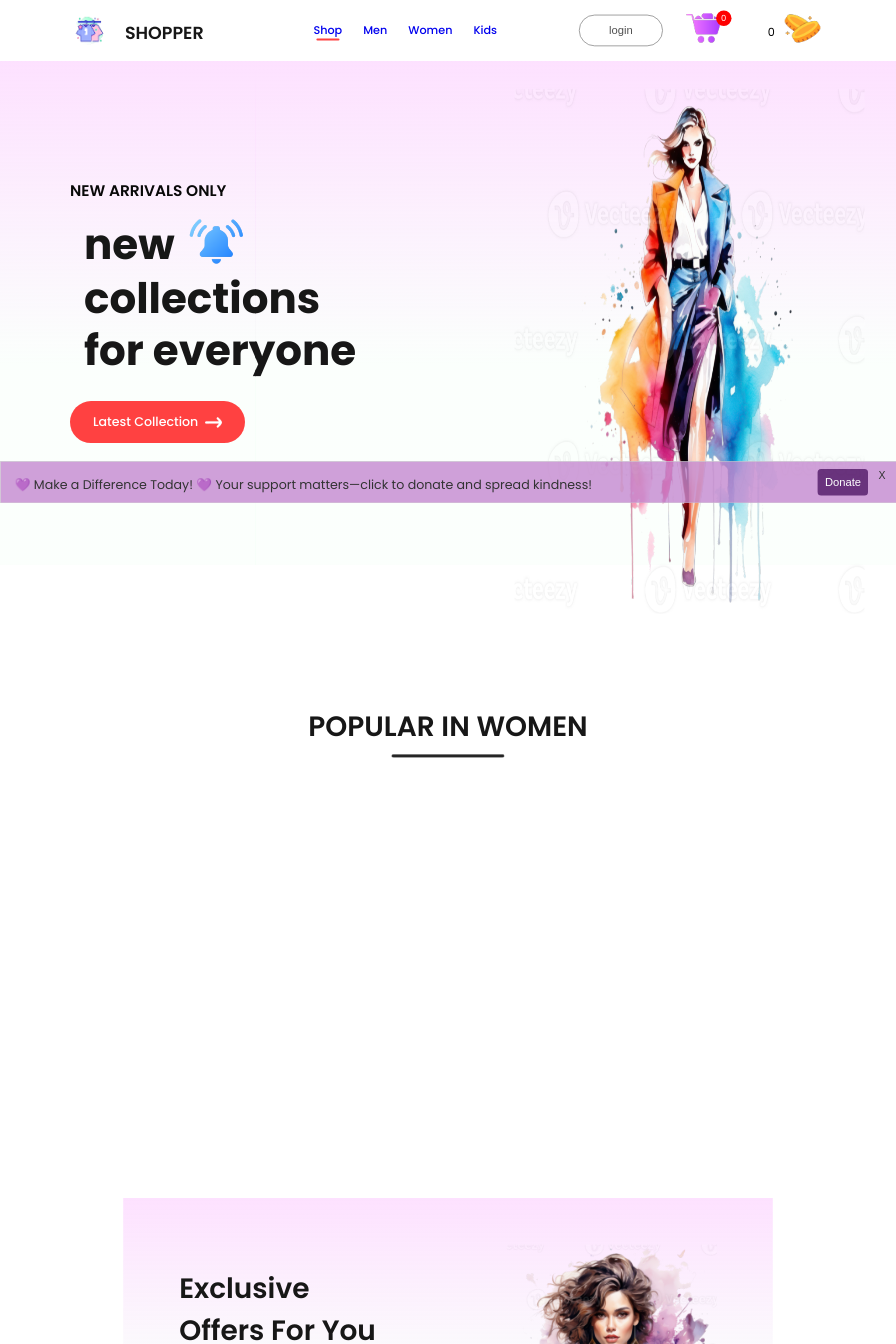
Repository: PayalJakhar/Shoppers-E-commerce-Website
Page: / (app in frontend/)
An editor plug-in stored every save of this project. The page is shown before and after the next save, followed by the edit.
The browser window is 1280 px wide. The pictures show the part of the page from y = 0 to 1920 px (the page is 3692 px tall), at 70% of full size.
The page's requests for data from a server got no answer. The project was rebuilt for these pictures with package versions that can differ from the ones it lists, and the page was loaded fresh each time. No one was signed in, and anything a server would have sent is missing. Also part of the build but not shown: frontend/src/App.css, frontend/src/Components/Item/Item.css, frontend/src/Components/Item/Item.jsx, frontend/src/Pages/Css/ShopCategory.css, frontend/src/Pages/ShopCategory.jsx, frontend/src/Components/Breadcrums/Breadcrum.css, frontend/src/Components/Breadcrums/Breadcrum.jsx, frontend/src/Components/ProductDisplay/ProductDisplay.css and 13 more.

Above is the page before, as saved 2025-02-07 19:33:14.

### frontend/src/index.css
*{
  margin:0;
}
body {
  margin: 0;
  font-family: -apple-system, BlinkMacSystemFont, 'Segoe UI', 'Roboto', 'Oxygen',
    'Ubuntu', 'Cantarell', 'Fira Sans', 'Droid Sans', 'Helvetica Neue',
    sans-serif;
  -webkit-font-smoothing: antialiased;
  -moz-osx-font-smoothing: grayscale;
  font-family:'poppins';
}

code {
  font-family: source-code-pro, Menlo, Monaco, Consolas, 'Courier New',
    monospace;
}

### frontend/src/Components/Navbar/Navbar.jsx
import React, { useContext, useState, useRef } from 'react';
import { Link } from 'react-router-dom';
import './Navbar.css';
import logo from '../Assets/Frontend_Assets/logo.png';
import cart_icon from '../Assets/Frontend_Assets/cart_icon.png';
import coin_icon from '../Assets/Frontend_Assets/coin_icon.png';
import { ShopContext } from '../../Context/ShopContext';
import nav_dropdown from '../Assets/Frontend_Assets/nav_dropdown.png'

export default function Navbar() {
    const [menu, setMenu] = useState('shop');
    const {getTotalCartItems} = useContext(ShopContext);
    const menuRef = useRef();

    const dropdown_toggle = (e) =>{
        menuRef.current.classList.toggle('nav-menu-visible');
        e.target.classList.toggle('open');
    }


    return (
        <div className="navbar">
            <div className="nav-logo">
                <img src={logo} alt="" />
                <p> SHOPPER</p>
            </div>
            <img  className='nav-dropdown' onClick={dropdown_toggle} src={nav_dropdown} alt=""/>
            <ul ref={menuRef} className="nav-menu">
                <li onClick={() => { setMenu('shop') }}><Link style={{textDecoration:'none'}} to='/'>Shop</Link>{menu === 'shop' ? <hr /> : <></>}</li>
                <li onClick={() => { setMenu('mens') }}><Link style={{textDecoration:'none'}} to='/mens'>Men</Link>{menu === 'mens' ? <hr /> : <></>}</li>
                <li onClick={() => { setMenu('women') }}><Link style={{textDecoration:'none'}} to='/women'>Women</Link>{menu === 'women' ? <hr /> : <></>}</li>
                <li onClick={() => { setMenu('kids') }}><Link style={{textDecoration:'none'}} to='/kids'>Kids</Link>{menu === 'kids' ? <hr /> : <></>}</li>
            </ul>
            <div className="nav-login-cart">
                {localStorage.getItem('auth-token')?<button onClick={()=>{localStorage.removeItem('auth-token');window.location.replace('/')}}>Logout</button>:<Link style={{textDecoration:'none'}} to='/login'><button>login</button></Link>}
                <Link style={{textDecoration:'none'}} to='/cart'><img src={cart_icon} alt="" /></Link>
                <div className="nav-cart-count">{getTotalCartItems()}</div>
            </div>
            <div className="nav-coin-count">0</div>
            <div className="nav-login-coin">
            <img src={coin_icon} alt="" />
            </div>
        </div>
    )
}

### frontend/src/Pages/Shop.jsx
import React from 'react'
import Hero from '../Components/Hero/Hero'
import Popular from '../Components/Popular/Popular'
import Offers from '../Components/Offers/Offers'
import NewCollections from '../Components/NewCollections/NewCollections'
import NewsLetter from '../Components/NewsLetter/NewsLetter'
export default function shop() {
  return (
    <div style={{display:'flex', flexDirection:'column', gap:'200px'}}>
      <div><Hero/></div>
      <div><Popular/></div>
      <div><Offers/></div>
      <div><NewCollections/></div>
      <div><NewsLetter/></div>
    </div>
  )
}

### frontend/src/Components/Footer/Footer.jsx
import React from 'react'
import './Footer.css'
import footer_logo from '../Assets/Frontend_Assets/logo_big.png'
import instagram_icon from '../Assets/Frontend_Assets/instagram_icon.png'
import pintester_icon from '../Assets/Frontend_Assets/pintester_icon.png'
import whatsapp_icon from '../Assets/Frontend_Assets/whatsapp_icon.png'
export default function Footer() {
  return (
    <div className='footer'>
        <div className="footer-logo">
            <img src={footer_logo} alt=""/>
            <p>SHOPPER</p>
        </div>
        <ul className="footer-links">
            <li>Company</li>
            <li>Products</li>
            <li>Offices</li>
            <li>About</li>
            <li>Contact</li>
        </ul>
        <div className="footer-social-icon">
            <div className="footer-icons-container">
                <img src={instagram_icon} alt=""/>
            </div>
            <div className="footer-icons-container">
                <img src={pintester_icon} alt=""/>
            </div>
            <div className="footer-icons-container">
                <img src={whatsapp_icon} alt=""/>
            </div>
        </div>
        <div className="footer-copyright">
            <hr/>
            <p>Copyright @ 2025 - All Rights Reserved</p>
        </div>
    </div>
  )
}

### frontend/src/Components/Donate/Donate.jsx
import React, { useState } from 'react';
import { Link } from 'react-router-dom';
import './Donate.css';

const Donate = () => {
  const [value, setValue] = useState('flex');
  const [isOpen, setIsOpen] = useState(false);

  const openModal = () => {
    setIsOpen(true);
    setValue('none');
  };

  const closeModal = () => {
    setIsOpen(false);
    setValue('flex');
  };

  return (
    <>
      <div className='donates' style={{ display: value }}>
        <p>💜 Make a Difference Today! 💜 Your support matters—click to donate and spread kindness!</p>
        <div className='donate-ins'>
          <button className='paras' onClick={openModal}>Donate</button>
          <button className='texts' onClick={() => setValue('none')}>X</button>
        </div>
      </div>
      {isOpen && (
        <div className="modals">
          <div className="modal-contents">
            <span className="closes" onClick={closeModal}>&times;</span>
            <h2>🌼 Donate & Earn Rewards! 🌼</h2>
            <ul>
              <li>✔ Support a Cause: Your donations go directly to trusted NGOs, making a real impact</li>
              <li>✔ Minimum 5 Items: Donate at least 5 clothes to contribute</li>
              <li>✔ Earn Rewards: Get 100 points per donation—stack up to 500 points to unlock exclusive discounts & coupons!</li>
              <li>✔ Quality Matters: Clothes should have no more than 20% damage—let's keep it wearable for those in need!</li>
              💙 Give. Earn. Save. Start donating today!
            </ul>
            <button className="donate-buttons" onClick={()=>{setValue('none');setIsOpen(false)}}>
              <Link style={{ textDecoration: 'none', color:'white'}} to='/donation'>Donate Now</Link>
            </button>
          </div>
        </div>
      )}
    </>
  );
}

export default Donate;

### frontend/src/Components/Navbar/Navbar.css
.navbar{
    display:flex;
    justify-content:space-around;
    padding:16px;
    box-shadow:0 1px 3px -2px black;
    align-items: center;
}

.nav-logo{
    display:flex;
    align-items:center;
    gap:10px;
}

.nav-logo p{
    color: #171717;
    font-size: 38px;
    font-weight:600;
}

.nav-menu{
    display:flex;
    align-items:center;
    list-style:none;
    gap:50px;
    color: #626262;
    font-size:20px;
    font-weight: 500;
}

.nav-menu li{
    display:flex;
    flex-direction:column;
    align-items:center;
    justify-content:center;
    cursor:pointer;
}

.nav-menu hr{
    border:none;
    width:80%;
    height:3px;
    border-radius:10px;
    background: #FF4141;
}

.nav-login-cart{
    display:flex;
    align-items:center;
    gap:45px;
}

.nav-login-cart button{
    width:157px;
    height:58px;
    outline:none;
    border:1px solid #7a7a7a;
    border-radius:75px;
    color:#515151;
    font-size:20px;
    font-weight:500;
    background:white;
    cursor:pointer;
}

.nav-login-cart button:hover{
    background:#f3f3f3;
}

.nav-cart-count{
    width:22px;
    height:22px;
    display:flex;
    justify-content:center;
    align-items:center;
    margin-top:-35px;
    margin-left:-55px;
    border-radius:11px;
    font-size:14px;
    background:red;
    color:white;
}

.nav-dropdown{
    display: none;
}
.nav-coin-count{
    width:22px;
    height:22px;
    margin-left:-65px;
    margin-right:-115px;
}

.nav-login-coin{

}
/* here we are making it responsive for max-width: 1280px */

@media(max-width: 1280px){
    .navbar{
        padding: 12px 50px;
    }

    .nav-logo img{
        width: 40px;
    }
    .nav-logo p{
        font-size: 25px;
    }
    .nav-menu{
        gap: 30px;
        font-size: 16px;
    }
    .nav-login-cart{
        gap: 30px;
    }
    .nav-login-cart button{
        width: 120px;
        height: 45px;
        font-size: 16px;
    }
    .nav-cart-count{
        margin-left: -40px;
        font-size: 12px;
    }
}

@media(max-width: 1024px){
    .navbar{
        padding: 12px 30px;
    }

    .nav-menu{
        gap: 25px;
        font-size: 14px;
    }
    .nav-login-cart button{
        width: 80px;
        height: 35px;
        font-size: 14px;
    }
    .nav-cart-count{
        width: 18px;
        height: 18px;
    }
    .nav-login-cart img{
        width: 30px;
    }
}

@media(max-width: 800px){
    .navbar{
        padding: 10px 0px;
    }

    .nav-dropdown{
        display: block;
        width: 30px;
        rotate: -90deg;
        transition: 0.5s;
    }
    .nav-menu{
        display: none;
        height: 80px;
        width: 100%;
        position: absolute;
        background-color: white;
        justify-content: center;
        top: 50px;
    }
    .nav-menu-visible{
        display: flex;
    }
    .nav-dropdown.open{
        transform: rotate(90deg);
    }
}


@media(max-width: 500px){
    .navbar{
        padding: 8px 0px;
        gap: 0;
    }

    .nav-logo{
       transform: scale(0.8);
    }
    .nav-menu{
        height: 70px;
        top: 50px;
        display: none;
    }
    .nav-login-cart{
        transform: scale(0.8);
    }
    .nav-menu-visible{
        display: flex;
    }
    .nav-dropdown.open{
        transform: rotate(90deg);
    }
}

### frontend/src/Components/Hero/Hero.jsx
import React from 'react'
import './Hero.css'
import hand_icon from '../Assets/Frontend_Assets/hand_icon.png'
import arrow_icon from '../Assets/Frontend_Assets/arrow.png'
import hero_image from '../Assets/Frontend_Assets/hero_image.png'

export default function Hero() {
  return (
    <div className="hero slide-in">
        <div className="hero-left">
            <h2>NEW ARRIVALS ONLY</h2>
            <div>
                <div className="hero-hand-icon">
                    <p>new</p>
                    <img src={hand_icon} alt=""/>
                </div>
                <p>collections</p>
                <p>for everyone</p>
            </div>
            <div className="hero-latest-btn">
                <div>Latest Collection</div>
                <img src={arrow_icon} alt=""/>
            </div>
        </div>
        <div className="hero-right">
            <img src={hero_image} alt=""/>

        </div>
    </div>
  )
}

// flex:1 is when screen shrinks then all the items will take space accordingly

### frontend/src/Components/Popular/Popular.jsx
import React, {useEffect, useState, useRef} from 'react'
import './Popular.css';
// import data_product from '../Assets/Frontend_Assets/data';
import Item from '../Item/Item';

export default function Popular() {
  const [popularProducts,setPopularProducts] = useState([]);

  useEffect(()=>{
    fetch('http://localhost:4000/popularinwomen')
    .then((response)=>response.json())
    .then((data)=>setPopularProducts(data));
  },[])
  return (
    <div className="popular slides-in">
        <h1>POPULAR IN WOMEN</h1>
        <hr/>
        <div className="popular-item">
            {popularProducts.map((item,i)=>{
                return <Item key={i} id={item.id} name={item.name} image={item.image} new_price={item.new_price} old_price={item.old_price}/>
            })}
        </div>
    </div>
  )
}

### frontend/src/Components/Offers/Offers.jsx
import React from 'react'
import './Offers.css'
import exclusive_image from '../Assets/Frontend_Assets/exclusive_image.png'

export default function Offers() {
  return (
    <div className='offers slide-ins'>
        <div className="offers-left">
            <h1>Exclusive</h1>
            <h1>Offers For You</h1>
            <p>ONLY ON BEST SELLERS PRODUCTS</p>
            <button>Check Now</button>
        </div>
        <div className="offers-right">
            <img src={exclusive_image} alt=""/>
        </div>
    </div>
  )
}

### frontend/src/Components/NewCollections/NewCollections.jsx
import React , { useState , useEffect } from 'react'
import './NewCollections.css'
// import new_collection from '../Assets/Frontend_Assets/new_collections'
import Item from '../Item/Item'
export default function NewCollections() {

  const [new_collection,setNew_collection] = useState([]);

    useEffect(()=>{
        fetch('http://localhost:4000/newcollections')
        .then((response)=>response.json())
        .then((data)=>setNew_collection(data));
    },[])
  return (
    <div className='new-collections slides-ins'>
      <h1>NEW COLLECTIONS</h1>
      <hr/>
      <div className="collections">
            {new_collection.map((item,i)=>{
                return <Item key={i} id={item.id} name={item.name} image={item.image} new_price={item.new_price} old_price={item.old_price}/>
            })}
      </div>
    </div>
  )
}

### frontend/src/Components/NewsLetter/NewsLetter.jsx
import React from 'react'
import './NewsLetter.css';
export default function NewsLetter() {
  return (
    <div className='newsletter slides'>
      <h1>Get Exclusive Offers On Your Email</h1>
      <p>Subscribe to our newsletter and stay updated</p>
      <div>
        <input type='email' placeholder='Your Email id'/>
        <button>Subscribe</button>
      </div>
    </div>
  )
}

### frontend/src/Components/Footer/Footer.css
.footer{
    display: flex;
    flex-direction: column;
    justify-content: center;
    align-items: center;
    gap: 50px;
    margin-bottom:80px;
}

.footer-logo{
    display: flex;
    align-items: center;
    gap: 20px;
}

.footer-logo p{
    color: #383838;
    font-size: 46px;
    font-weight: 700;

}

.footer-links{
    display: flex;
    list-style: none;
    gap: 50px;
    color: #252525;
    font-size: 20px;
}

.footer-links li{
    cursor: pointer;
}

.footer-social-icon{
    display: flex;
    gap: 20px;
}

.footer-icons-container{
    padding: 10px;
    padding-bottom:6px;
    background: #fbfbfb;
    border: 1px solid #ebebeb;
}

.footer-copyright{
    display: flex;
    flex-direction: column;
    align-items: center;
    gap: 30px;
    width: 100%;
    margin-bottom: 30px;
    color: #1a1a1a;
    font-size: 20px;
}

.footer-copyright r{
    width: 80%;
    border: none;
    border-radius: 10px;
    height: 3px;
    background: #c7c7c7;
}

@media(max-width: 800px){
    .footer{
        gap: 20px;
    }
    .footer-lgo{
        gap: 10px;
        align-items: end;
    }
    .footer-logo img{
        width: 40px;
    }
    .footer-logo p{
        font-size: 25px;
    }
    .footer-links{
        font-size: 14px;
        gap: 10px;
    }
    .footer-social-icon img{
        width: 22px;
    }
    .footer-copyright{
        font-size: 13px;
    }
}

### frontend/src/Components/Popular/Popular.css
.popular{
    display:flex;
    flex-direction:column;
    align-items:center;
    gap:10px;
    height:90vh;
}

.popular h1{
    color:#171717;
    font-size:50px;
    font-weight:600;
}

.popular hr{
    width:200px;
    height:6px;
    border-radius: 10px;
    background: #252525;
}

.popular-item{
    margin-top:50px;
    display:flex;
    gap:30px;
}


@media(max-width: 1280px){
    .popular{
        height: 70vh;
    }
    .popular h1{
        font-size: 40px;
    }
    .popular hr{
        width: 160px;
        height: 4px;
    }
    .popular-item{
        gap:20px;
        margin-top: 30px;
    }
}


@media(max-width: 1024px){
    .popular{
        height: 60vh;
    }
    .popular h1{
        font-size: 30px;
    }
    .popular hr{
        width: 120px;
        height: 3px;
    }
    .popular-item{
        gap:15px;
        margin-top: 20px;
    }
}

@media(max-width: 800px){
    .popular{
        height: 50vh;
        gap: 6px;
    }
    .popular h1{
        font-size: 20px;
    }
    .popular hr{
        width: 100px;
        /* height: 4px; */
    }
    .popular-item{
        gap:5px;
        /* margin-top: 30px; */
    }
}

@media(max-width: 500px){
    .popular{
        height: 90vh;
    }
    /* .popular h1{
        font-size: 40px;
    }
    .popular hr{
        width: 160px;
        height: 4px;
    } */
    .popular-item{
        gap:20px;
        /* margin-top: 30px; */
        display: grid;
        grid-template-columns:1fr 1fr;
    }
}



@keyframes appear {
    0% {
      /* transform: translateX(-100%); */
      scale:0.4;
      opacity:0.8;
    }
    50% {
      /* transform: translateX(0); */
      scale:1;
      opacity: 1;
    }
  }

  .slides-in {
    animation: appear linear;
    animation-timeline: view();
  }

### frontend/src/Components/Offers/Offers.css
.offers{
    width:60%;
    height:60vh;
    margin:auto;
    display:flex;
    padding: 0px 140px;
    margin-bottom: 50px;
    background: linear-gradient(180deg, #fde1ff 0%, #e1ffea22 60%);
}
.offers-left{
    flex:1;
    display: flex;
    flex-direction:column;
    justify-content: center;
}

.offers-left h1{
    color: #171717;
    font-size:80px;
    font-weight:600;
}
.offers-left p{
    color:#171717;
    font-size:22px;
    font-weight:600;
}

.offers-left button{
    width: 282px;
    height: 70px;
    border-radius: 35px;
    background: #ff4141;
    border: none;
    color:white;
    font-size:22px;
    font-weight:500;
    margin-top: 30px;
    cursor:pointer;
}

.offers-right{
    flex:1;
    display: flex;
    align-items: center;
    justify-content: flex-end;
    padding-top: 50px;
}

@media(max-width: 1280px){
    .offers{
        padding: 0px 80px;
        margin-bottom: 120px;
    }
    .offers-left h1{
        font-size: 40px;
    }
    .offers-left p{
        font-size: 18px;
    }
    .offers-right img{
        width: 300px;
    }
    .offers-left button{
        width: 220px;
        height: 50px;
        font-size: 18px;
    }
    .offers-right{
        padding-top: 30px;
    }
}

@media(max-width: 1024px){
    .offers{
        padding: 0px 60px;
        margin-bottom: 80px;
        height: 40vh;
    }
    .offers-left h1{
        font-size: 30px;
    }
    .offers-left p{
        font-size: 16px;
    }
    .offers-right img{
        width: 200px;
    }
    .offers-left button{
        width: 160px;
        height: 40px;
        font-size: 16px;
    }
    .offers-right{
        padding-top: 10px;
    }
}

@media(max-width: 800px){
    .offers{
        /* padding: 0px 80px; */
        margin-bottom: 60px;
    }
    .offers-left h1{
        font-size: 22px;
    }
    .offers-left p{
        font-size: 13px;
    }
    .offers-right img{
        width: 180px;
    }
    .offers-left button{
        width: 140px;
        height: 30px;
        font-size: 12px;
    }
}

@media(max-width: 500px){
    .offers{
        /* padding: 0px 80px; */
        margin-bottom: 50px;
        height: 25vh;
    }
    .offers-left h1{
        font-size: 16px;
    }
    .offers-left p{
        font-size: 10px;
    }
    .offers-right img{
        width: 120px;
    }
    .offers-left button{
        width: 120px;
        height: 25px;
        font-size: 10px;
    }
    .offers-right{
        padding-top: 12px;
    }
}

@keyframes slide {
    0% {
        /* transform: translateX(-100%); */
        scale:0.4;
        opacity:0.8;
      }
      50% {
        /* transform: translateX(0); */
        scale:1;
        opacity: 1;
      }
  }

  .slide-ins {
    animation: slide linear;
    animation-timeline: view();
  }

### frontend/src/Components/NewCollections/NewCollections.css
.new-collections{
    display:flex;
    flex-direction:column;
    align-items:center;
    gap:10px;
    /* margin-bottom: 1px; */
    /* padding-bottom:50px; */
}

.new-collections h1{
    color:#171717;
    font-size:50px;
    font-weight:600;
}

.new-collections hr{
    width:200px;
    height:6px;
    border-radius: 10px;
    background: #252525;
}

.collections{
    display: grid;
    grid-template-columns: 1fr 1fr 1fr 1fr;
    margin-top: 50px;
    gap: 30px;
}


@media(max-width: 1280px){
    /* .new-collections{
        height: 70vh;
    } */
    .new-collections h1{
        font-size: 40px;
    }
    .new-collections hr{
        width: 160px;
        height: 4px;
    }
    .collections{
        gap:20px;
        margin-top: 30px;
    }
}


@media(max-width: 1024px){
    /* .new-collections{
        height: 60vh;
    } */
    .new-collections h1{
        font-size: 30px;
    }
    .new-collections hr{
        width: 120px;
        height: 3px;
    }
    .collections{
        gap:15px;
        margin-top: 20px;
    }
}

@media(max-width: 800px){
    .new-collections{
        /* height: 50vh; */
        gap: 6px;
    }
    .new-collections h1{
        font-size: 20px;
    }
    .new-collections hr{
        width: 100px;
        /* height: 4px; */
    }
    .collections{
        gap:5px;
        /* margin-top: 30px; */
    }
}

@media(max-width: 500px){
    /* .new-collections{
        height: 90vh;
    } */
    /* .new-collections h1{
        font-size: 40px;
    }
    .new-collections hr{
        width: 160px;
        height: 4px;
    } */
    .collections{
        gap:20px;
        /* margin-top: 30px; */
        display: grid;
        grid-template-columns:1fr 1fr;
    }
}



@keyframes slidess {
    0% {
        /* transform: translateX(-100%); */
        scale:0.4;
        opacity:0.8;
      }
      50% {
        /* transform: translateX(0); */
        scale:1;
        opacity: 1;
      }
  }

  .slides-ins {
    animation: slidess linear;
    animation-timeline: view();
  }

Loaded but not shown: frontend/public/index.html (common file); frontend/src/reportWebVitals.js (common file); frontend/src/App.js (38 lines, source omitted); frontend/src/index.js (20 lines, source omitted); frontend/src/Components/Donation/Donation.css (243 lines, source omitted); frontend/src/Context/ShopContext.jsx (115 lines, source omitted); frontend/src/Components/NewsLetter/NewsLetter.css (194 lines, source omitted); frontend/src/Components/Hero/Hero.css (188 lines, source omitted); frontend/src/Components/Donate/Donate.css (176 lines, source omitted)

After the next save:
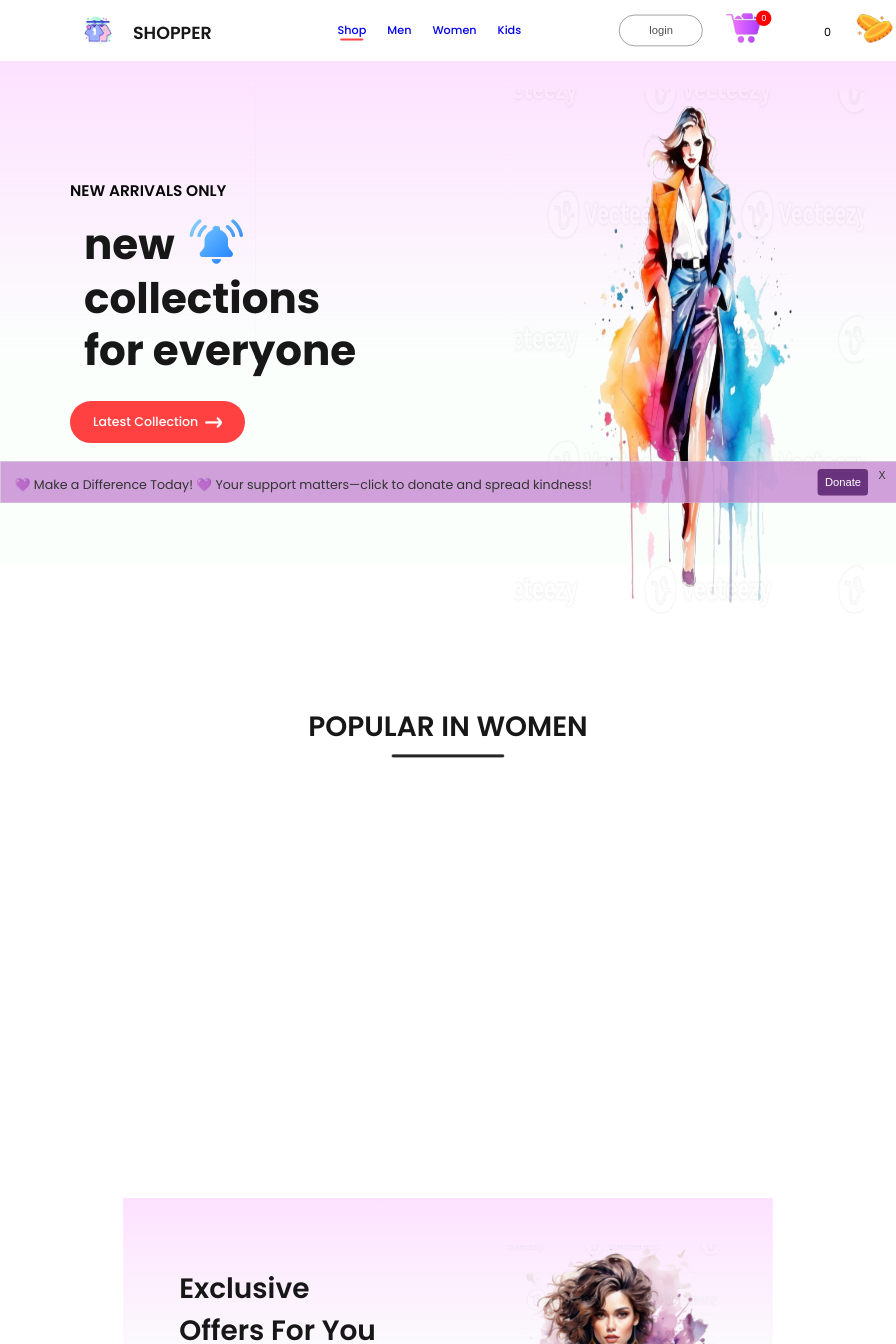
Saved 7 s later.
--- a/frontend/src/Components/Navbar/Navbar.css
+++ b/frontend/src/Components/Navbar/Navbar.css
@@ -92,7 +92,7 @@
 }
 
 .nav-login-coin{
-
+    margin-right:-115px;
 }
 /* here we are making it responsive for max-width: 1280px */
 
